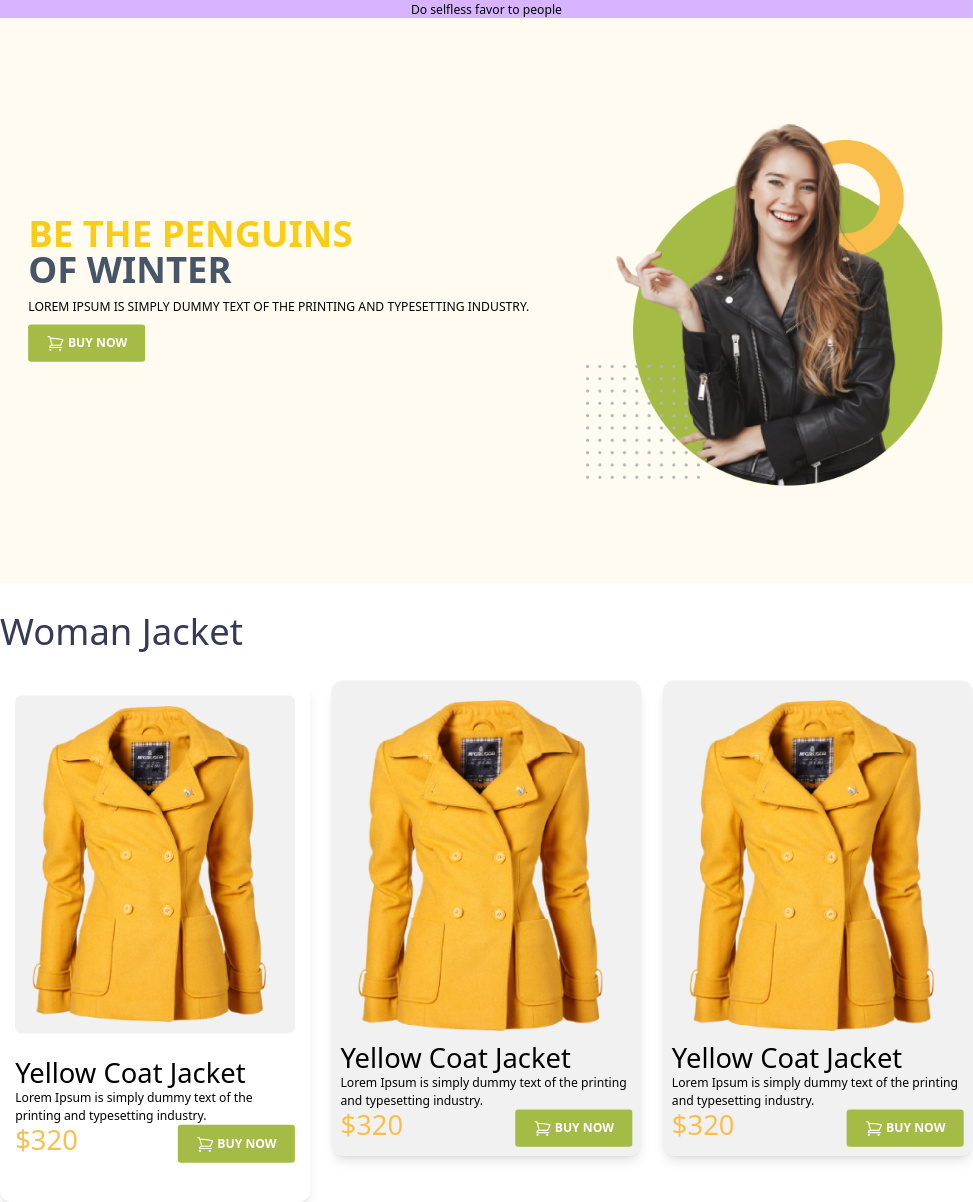
Repository: zjria/penguin-e-commerce-fashion
Page: index.html
An editor plug-in stored every save of this project. The page is shown before and after the next save, followed by the edit.
The browser window is 1280 px wide. The pictures show the whole page, at 76% of full size.
Some web libraries are served in a nearby version.

Above is the page before, as saved 2022-10-07 08:31:47.

After the next save:
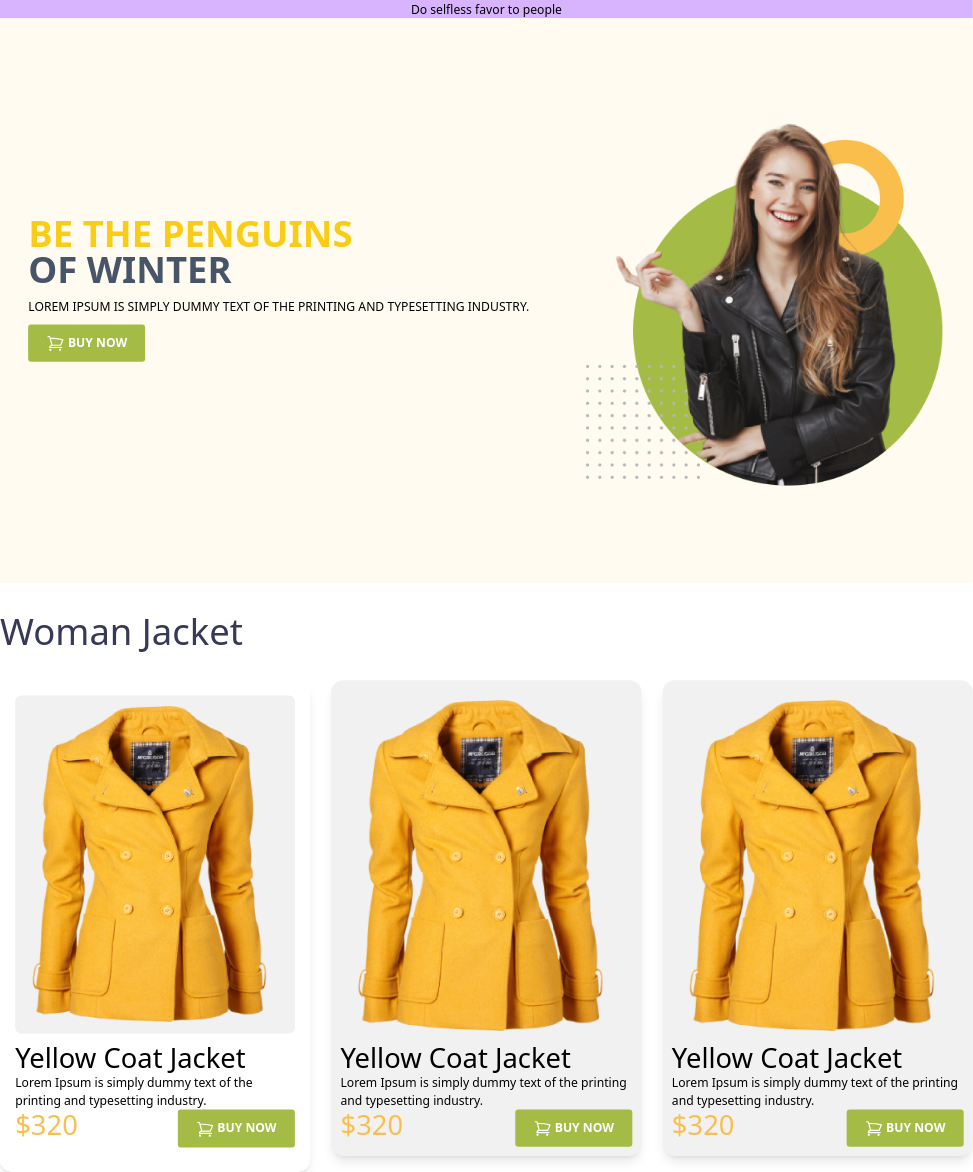
Saved 25 s later.
--- a/index.html
+++ b/index.html
@@ -70,7 +70,7 @@
                         <div class="p-3 bg-card_bg rounded-lg">
                             <img src="images/jacket-1.png" alt="">
                         </div>
-                        <div class="py-8">
+                        <div class="py-3">
                             <h3 class="text-4xl">Yellow Coat Jacket</h3>
                             <p>Lorem Ipsum is simply dummy text of the
                                 printing and typesetting industry.</p>
